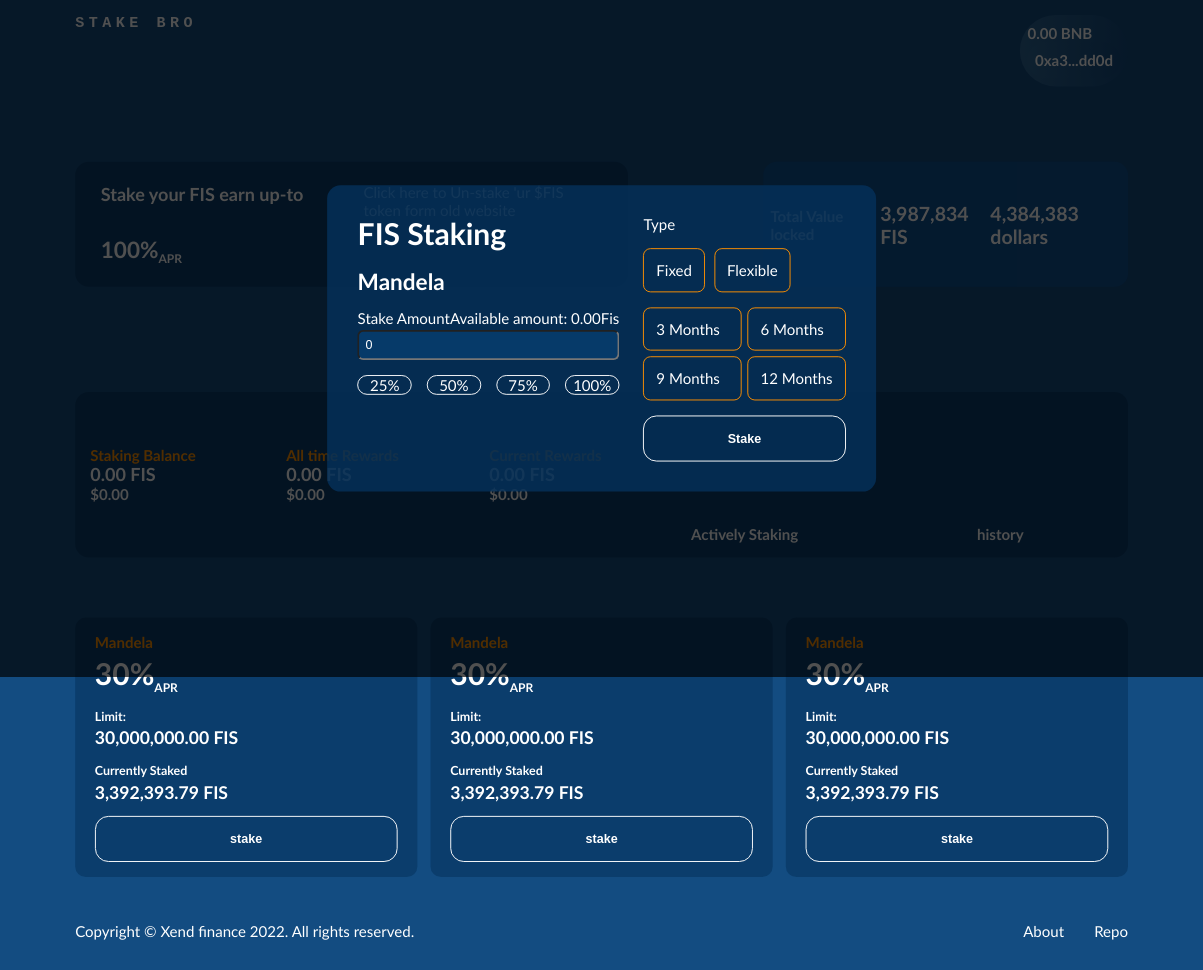
Repository: NorVirae/Stake
Page: /, after clicking the first element matching `button.stake-button`
These files come from the project's save history. The page is drawn as it stood at one moment and after a run of saves; the edit follows.
The browser window is 1280 px wide. The pictures show the whole page, at 94% of full size.
The project was rebuilt for these pictures with package versions that can differ from the ones it lists, and the page was loaded fresh each time.

Above is the page before, as saved 2022-04-18 19:38:14.

After the next 2 saves:
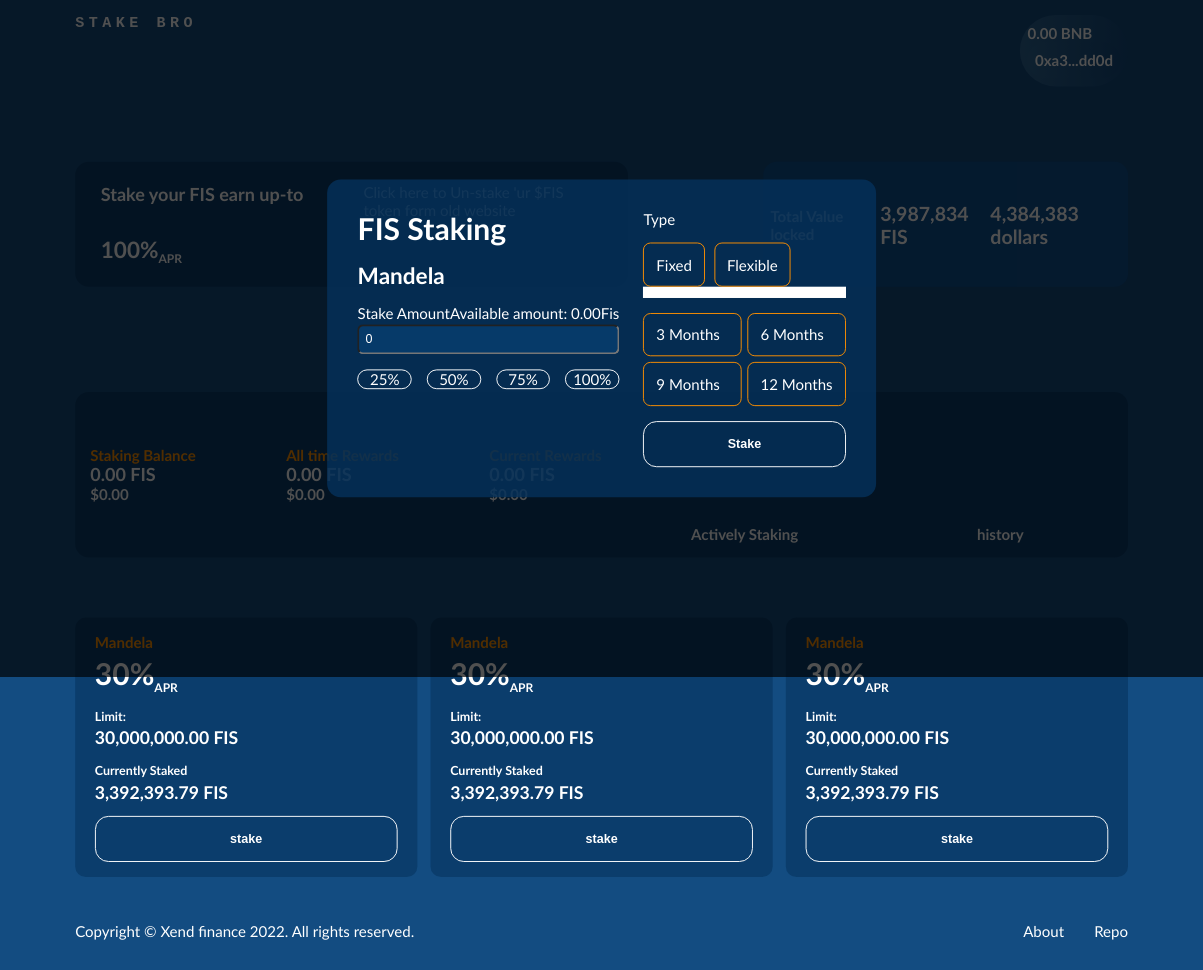
The 2 saves are shown as one change because they came seconds apart.
The last was saved 10 s later.
--- a/src/styles/app.css
+++ b/src/styles/app.css
@@ -363,7 +363,7 @@ footer ul{
     display: flex;
     gap: .6rem;
 
-    border-bottom: ;
+    border-bottom: .8rem solid ;
 
 }
 
